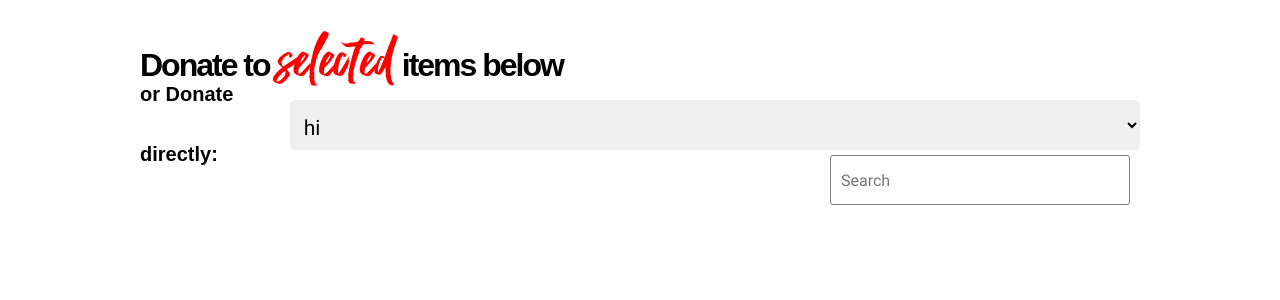
Repository: David-Waite/edableStyleChanges
Page: /
These files come from the project's save history. The page is drawn as it stood at one moment and after the next save; the edit follows.
The browser window is 1280 px wide. The pictures show the whole page.
The project was rebuilt for these pictures with package versions that can differ from the ones it lists, and the page was loaded fresh each time. Also part of the build but not shown: src/components/Item/ProgressBar.css, src/components/Volunteer/Volunteer.tsx, src/components/DonorForm/Message.css, src/components/Volunteer/VolunteerError.tsx, src/components/Default.tsx, src/components/DonorForm/Paypal.tsx, src/components/DonorForm/DonorForm.tsx, src/components/DonorForm/PastDonations.css and 8 more.

Above is the page before, as saved 2022-11-09 19:12:46.

After the next save:
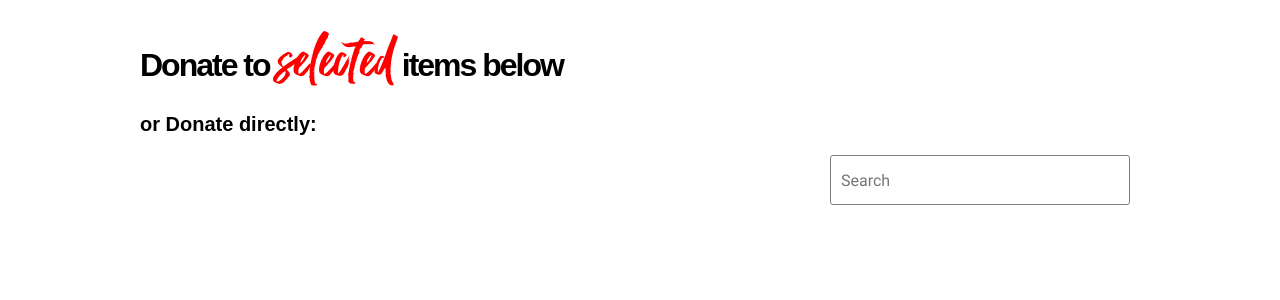
Saved 10 s later.
--- a/src/components/Landing/Landing.tsx
+++ b/src/components/Landing/Landing.tsx
@@ -110,10 +110,6 @@ function Landing() {
           </h2>
           <div className="selectOrgCon">
             <h2 className="selectOrg">or Donate directly:</h2>
-            <select>
-              <option>hi</option>
-              <option>hello</option>
-            </select>
           </div>
         </div>
 
